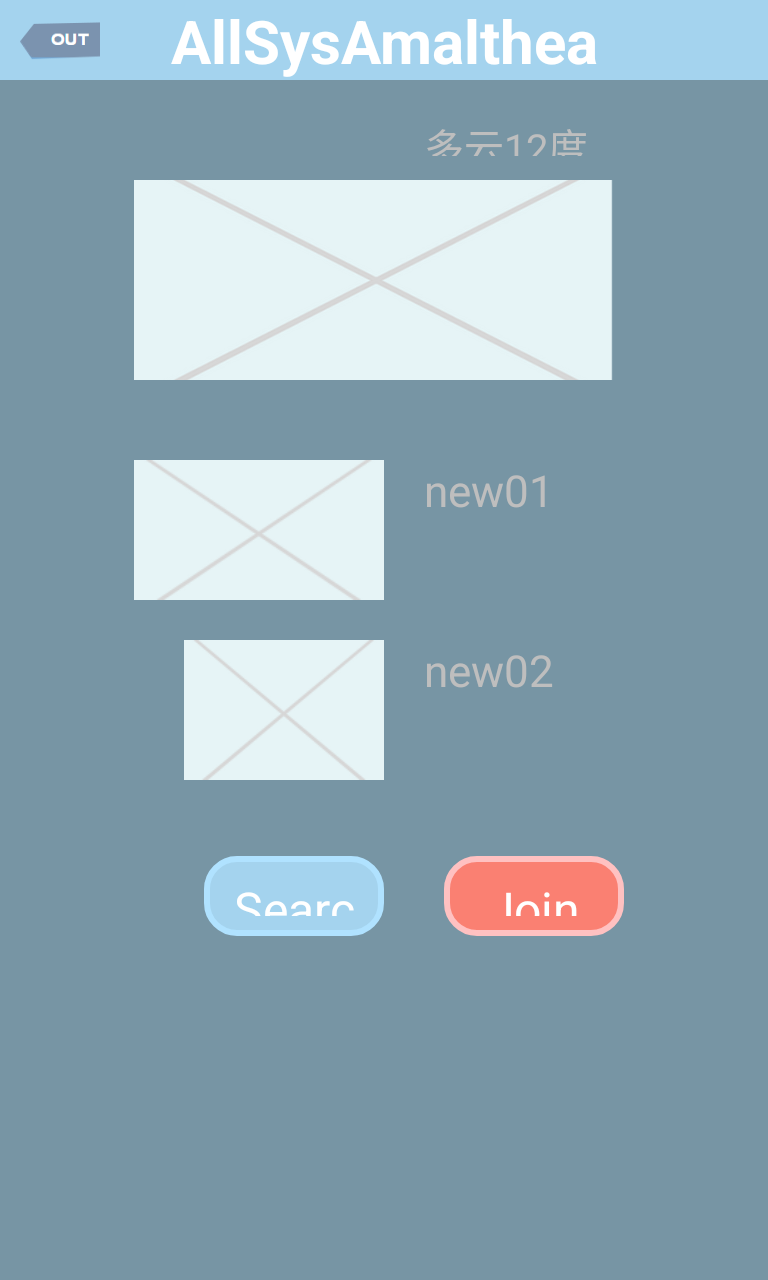
Repository: AllSysAmalthea/AllSys
Layout: APP/AppUI code/代码/Allsys/res/layout/activity_regular.xml
An editor plug-in stored every save of this project. The layout is shown before and after a run of saves, followed by the edit.
It is drawn on a 768 x 1280 px phone screen (xhdpi) without system bars, with theme android:Theme.NoTitleBar; the app's code is not run.

Above is the layout before, as saved 2015-06-08 02:50:11.

### APP/AppUI code/代码/Allsys/res/layout/activity_regular.xml
<RelativeLayout xmlns:android="http://schemas.android.com/apk/res/android"
    xmlns:tools="http://schemas.android.com/tools"
    android:layout_width="match_parent"
    android:layout_height="wrap_content"
    android:layout_gravity="center_horizontal"
    android:background="@drawable/back"
    android:gravity="top"
    tools:context=".SearchActivity" >

    <AbsoluteLayout
        android:id="@+id/linearLayout1"
        android:layout_width="fill_parent"
        android:layout_height="wrap_content"
        android:orientation="horizontal" >

        <TextView
            android:id="@+id/header_text"
            android:layout_width="fill_parent"
            android:layout_height="80px"
            android:layout_x="0px"
            android:layout_y="0px"
            android:background="#A4D3EE"
            android:gravity="center"
            android:singleLine="true"
            android:text="AllSysAmalthea"
            android:textColor="#ffffff"
            android:textSize="30sp"
            android:textStyle="bold" />

        <ImageButton
            android:id="@+id/header_left_btn"
            android:layout_width="80px"
            android:layout_height="60px"
            android:layout_x="10dp"
            android:layout_y="4dp"
            android:background="@drawable/pic1" />

        <ImageButton
            android:id="@+id/Location"
            android:layout_width="40px"
            android:layout_height="40px"
            android:layout_x="532dp"
            android:layout_y="11dp"
            android:background="@drawable/loc" />

    </AbsoluteLayout>

    <TextView
        android:id="@+id/textView1"
        android:layout_width="200px"
        android:layout_height="140px"
        android:layout_alignTop="@+id/myImageView2"
        android:layout_marginLeft="20dp"
        android:layout_toRightOf="@+id/myImageView2"
        android:text="new01"
        android:textSize="22sp" />

    <ImageView
        android:id="@+id/myImageView3"
        android:layout_width="200px"
        android:layout_height="140px"
        android:layout_below="@+id/myImageView2"
        android:layout_marginTop="20dp"
        android:layout_toLeftOf="@+id/textView1"
        android:background="@drawable/news02" />

    <TextView
        android:id="@+id/textView2"
        android:layout_width="200px"
        android:layout_height="60px"
        android:layout_alignLeft="@+id/textView1"
        android:layout_alignTop="@+id/myImageView3"
        android:text="new02"
        android:textSize="22sp" />

    <ImageView
        android:id="@+id/myImageView2"
        android:layout_width="250px"
        android:layout_height="140px"
        android:layout_alignLeft="@+id/myImageView1"
        android:layout_below="@+id/myImageView1"
        android:layout_marginTop="40dp"
        android:background="@drawable/news02" />

    <ImageView
        android:id="@+id/myImageView1"
        android:layout_width="500px"
        android:layout_height="200px"
        android:layout_below="@+id/textView4"
        android:layout_centerHorizontal="true"
        android:layout_marginTop="12dp"
        android:background="@drawable/news01" />

    <Button
        android:id="@+id/Joinus"
        android:layout_width="180px"
        android:layout_height="80px"
        android:layout_alignBaseline="@+id/Search"
        android:layout_alignBottom="@+id/Search"
        android:layout_alignRight="@+id/textView2"
        android:background="@drawable/shape2"
        android:text="Join us"
        android:textColor="#ffffff"
        android:textSize="24sp" />

    <Button
        android:id="@+id/Search"
        android:layout_width="180px"
        android:layout_height="80px"
        android:layout_alignRight="@+id/myImageView3"
        android:layout_below="@+id/myImageView3"
        android:layout_marginTop="38dp"
        android:background="@drawable/shape3"
        android:text="Search"
        android:textColor="#ffffff"
        android:textSize="24sp" />

    <TextView
        android:id="@+id/textView4"
        android:layout_width="200px"
        android:layout_height="40px"
        android:layout_alignLeft="@+id/textView1"
        android:layout_below="@+id/linearLayout1"
        android:layout_marginTop="18dp"
        android:text="多云12度"
        android:textSize="20sp" />

</RelativeLayout>

### APP/AppUI code/代码/Allsys/res/drawable-mdpi/shape2.xml
<?xml version="1.0" encoding="utf-8"?>
<shape xmlns:android="http://schemas.android.com/apk/res/android"
    android:shape="rectangle" >

    <!-- 填充的颜色：这里设置背景透明 -->
    <solid android:color="#fa8072" />
    <!-- 边框的颜色 ：不能和窗口背景色一样-->
    <stroke
        android:width="3dp"
        android:color="#FFC1C1" />
    <!-- 设置按钮的四个角为弧形 -->
    <!-- android:radius 弧形的半径 -->
    <corners android:radius="15dip" />

    <!-- padding：Button里面的文字与Button边界的间隔 -->
    <padding
        android:bottom="10dp"
        android:left="10dp"
        android:right="10dp"
        android:top="10dp" />

</shape>

### APP/AppUI code/代码/Allsys/res/drawable-mdpi/shape3.xml
<?xml version="1.0" encoding="utf-8"?>
<shape xmlns:android="http://schemas.android.com/apk/res/android"
    android:shape="rectangle" >

    <!-- 填充的颜色：这里设置背景透明 -->
    <solid android:color="#A4D3EE" />
    <!-- 边框的颜色 ：不能和窗口背景色一样-->
    <stroke
        android:width="3dp"
        android:color="#B0E2FF" />
    <!-- 设置按钮的四个角为弧形 -->
    <!-- android:radius 弧形的半径 -->
    <corners android:radius="15dip" />

    <!-- padding：Button里面的文字与Button边界的间隔 -->
    <padding
        android:bottom="10dp"
        android:left="10dp"
        android:right="10dp"
        android:top="10dp" />

</shape>

After the next 2 saves:
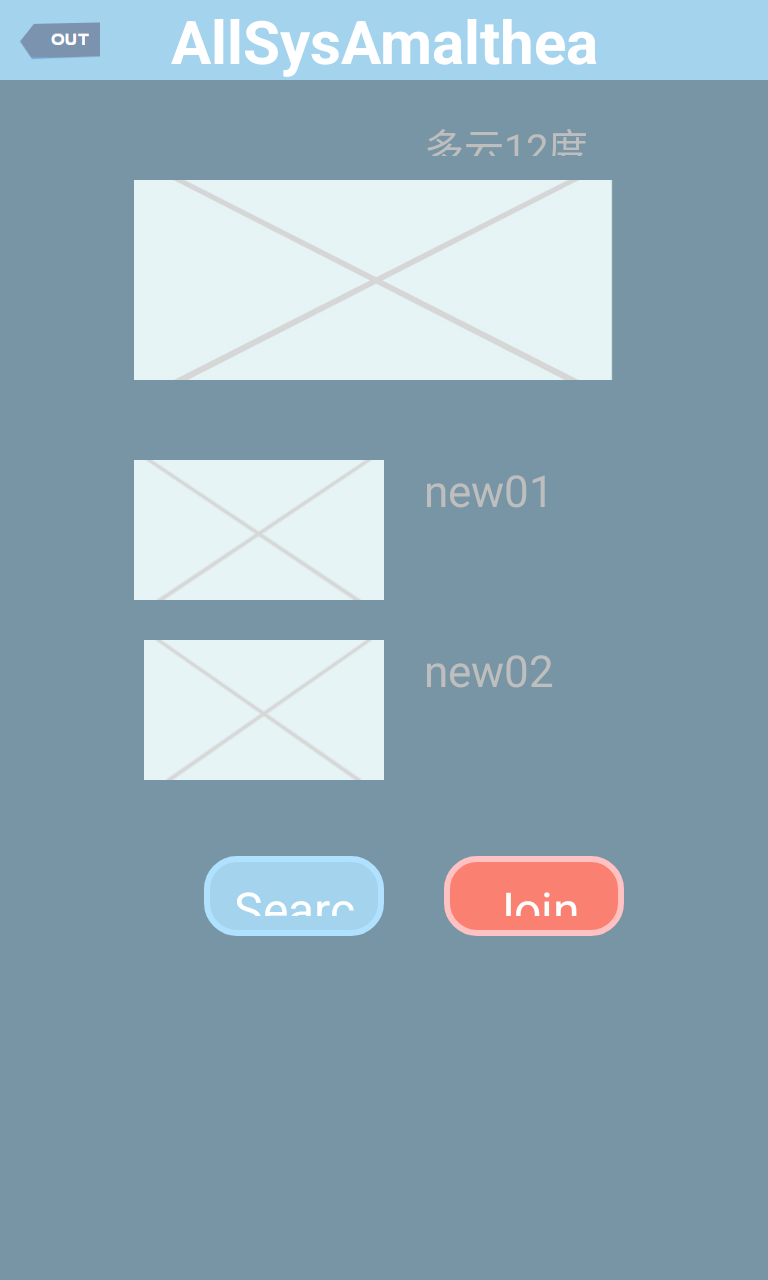
The 2 saves are shown as one change because they came seconds apart.
The last was saved 10 s later.
--- a/APP/AppUI code/代码/Allsys/res/layout/activity_regular.xml
+++ b/APP/AppUI code/代码/Allsys/res/layout/activity_regular.xml
@@ -57,7 +57,7 @@
 
     <ImageView
         android:id="@+id/myImageView3"
-        android:layout_width="200px"
+        android:layout_width="240px"
         android:layout_height="140px"
         android:layout_below="@+id/myImageView2"
         android:layout_marginTop="20dp"
